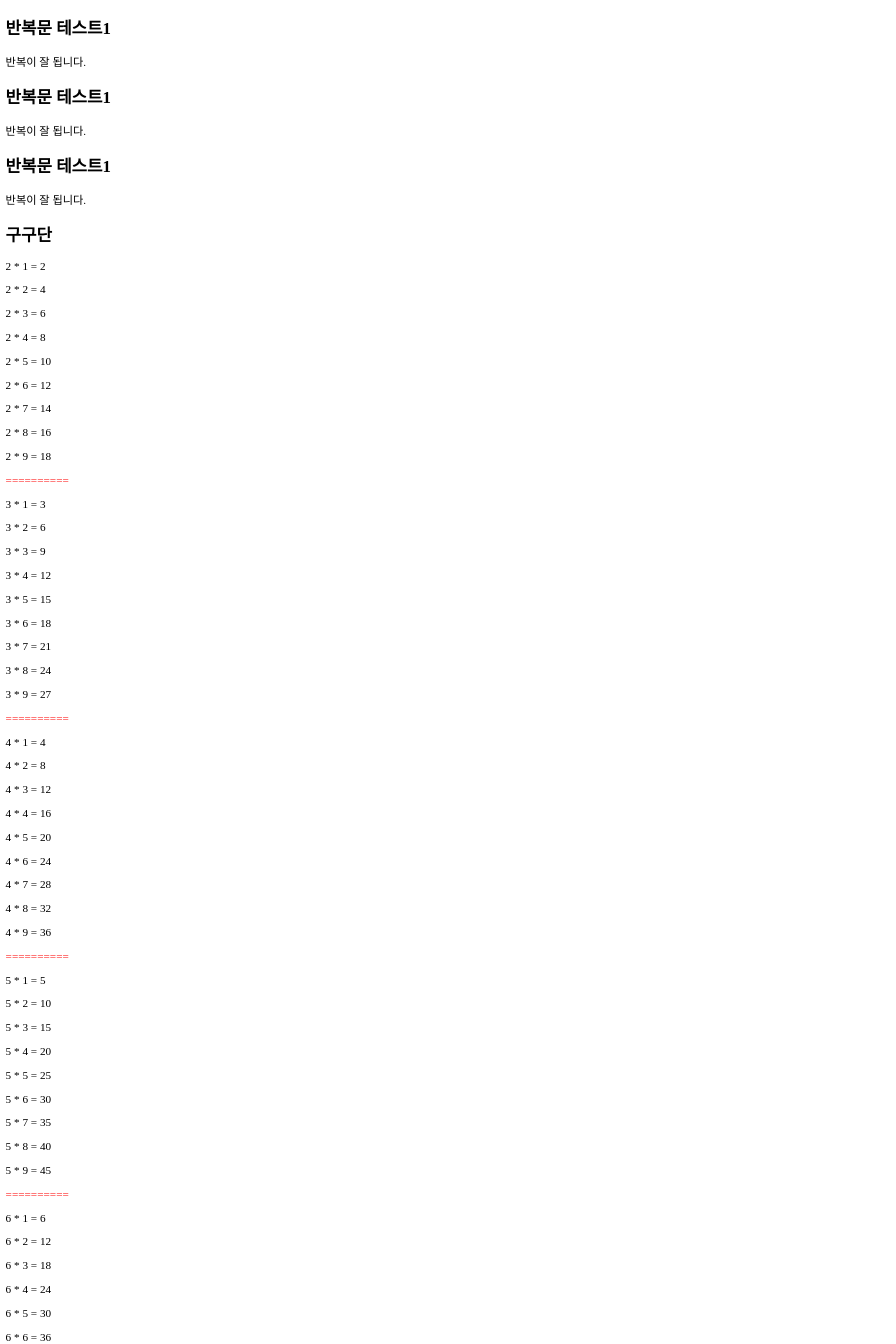
Repository: mickey530/jsp_practice
Page: http://localhost/JSPBasic/JspTag/Scriptlet.jsp
An editor plug-in stored every save of this project. The page is shown before and after the next save, followed by the edit.
The browser window is 1280 px wide. The pictures show the part of the page from y = 0 to 1920 px (the page is 3091 px tall before and 191752 px after), at 70% of full size.
The page is served by Tomcat 9.

Above is the page before, as saved 2022-01-28 03:10:27.

After the next save:
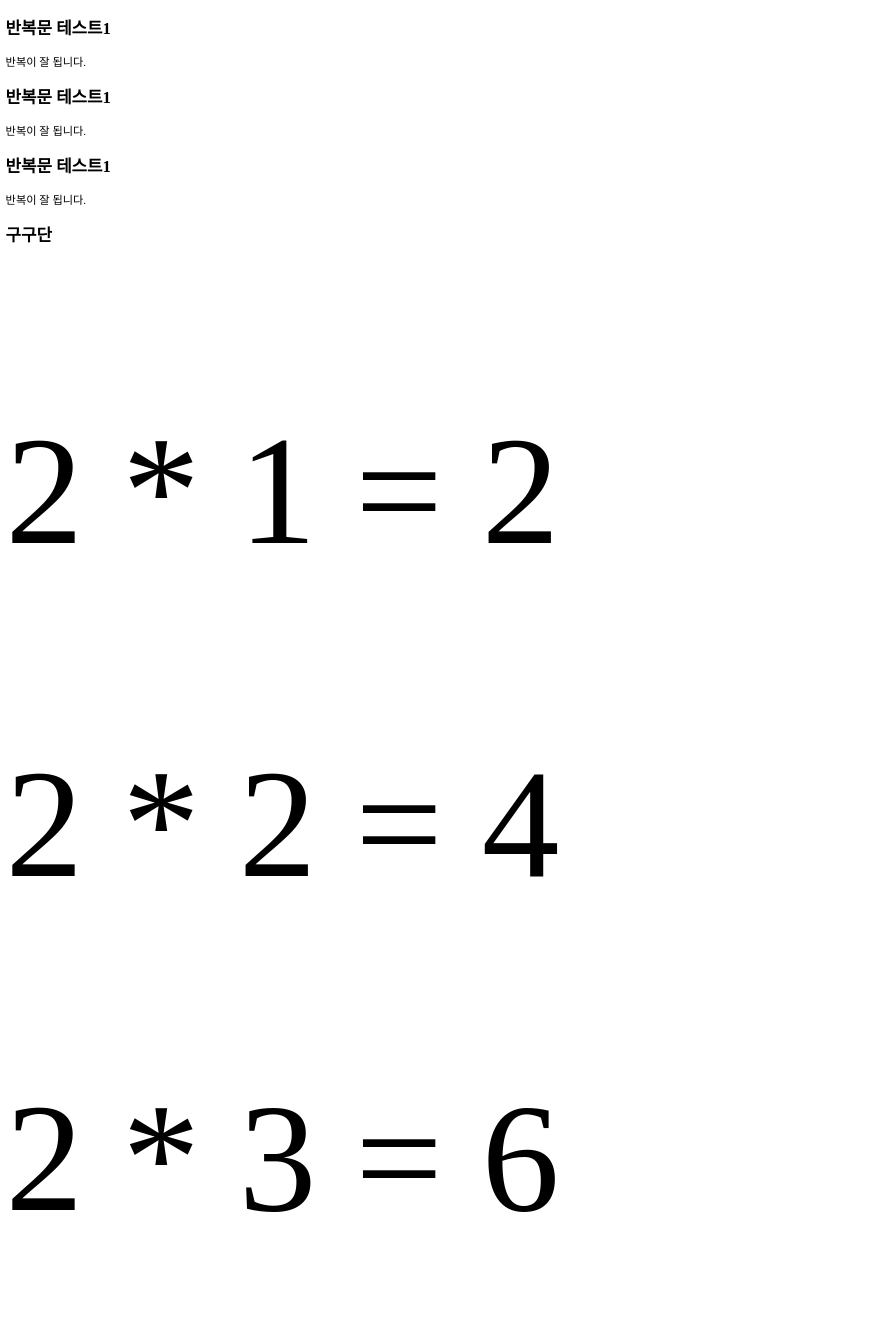
Saved 25 s later.
--- a/JSPBasic/src/main/webapp/JspTag/Scriptlet.jsp
+++ b/JSPBasic/src/main/webapp/JspTag/Scriptlet.jsp
@@ -24,7 +24,7 @@
 	<% for(int i = 2; i < 10; i++){
 
 		for(int j = 1; j < 10; j++){
-			out.println("<p style=font-size:'"+ i+i+i + "px;'>" + i + " * " + j +" = " + i*j + "</p>");
+			out.println("<p style=font-size:"+ i+i+i + "px;>" + i + " * " + j +" = " + i*j + "</p>");
 		}
 		out.println("<p style='color:red'>==========</p>");
 		}%>
